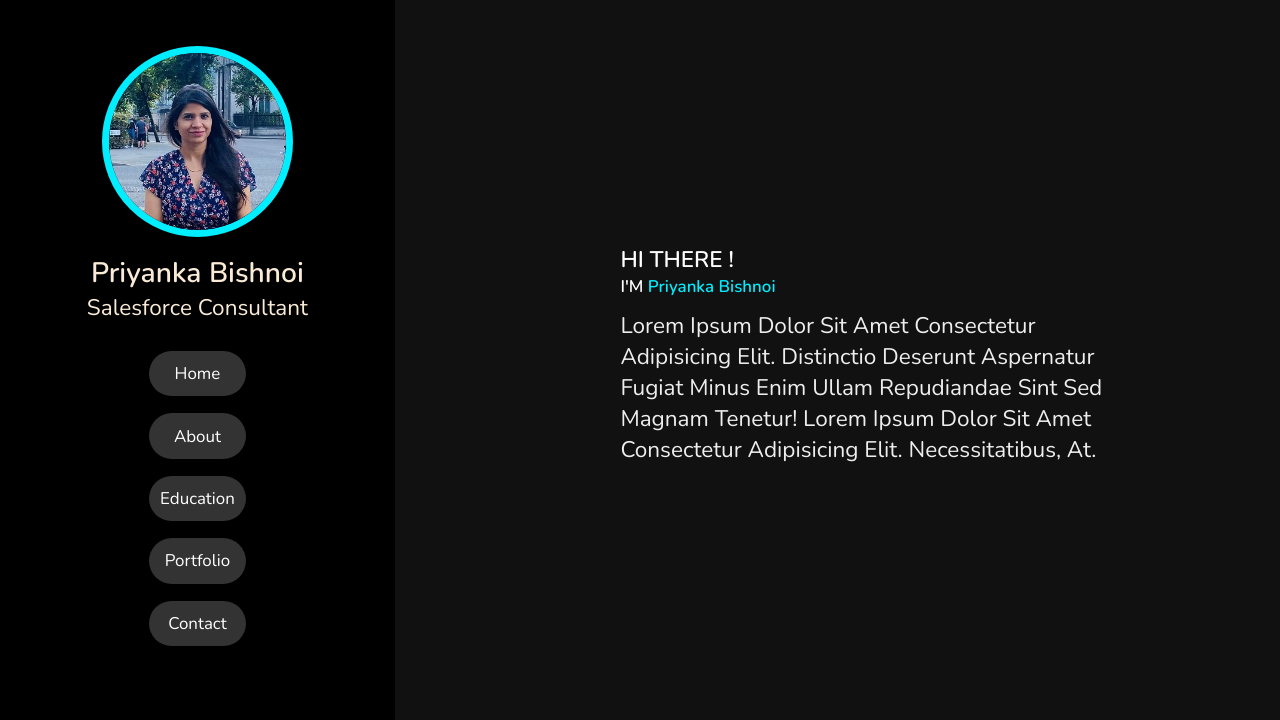
Repository: priyanka-bishnoi/PortfolioPage
Page: MyPage.html
These files come from the project's save history. The page is drawn as it stood at one moment and after the next save; the edit follows.
The browser window is 1280 px wide. The pictures show the whole page.

Above is the page before, as saved 2022-10-08 16:52:05.

After the next save:
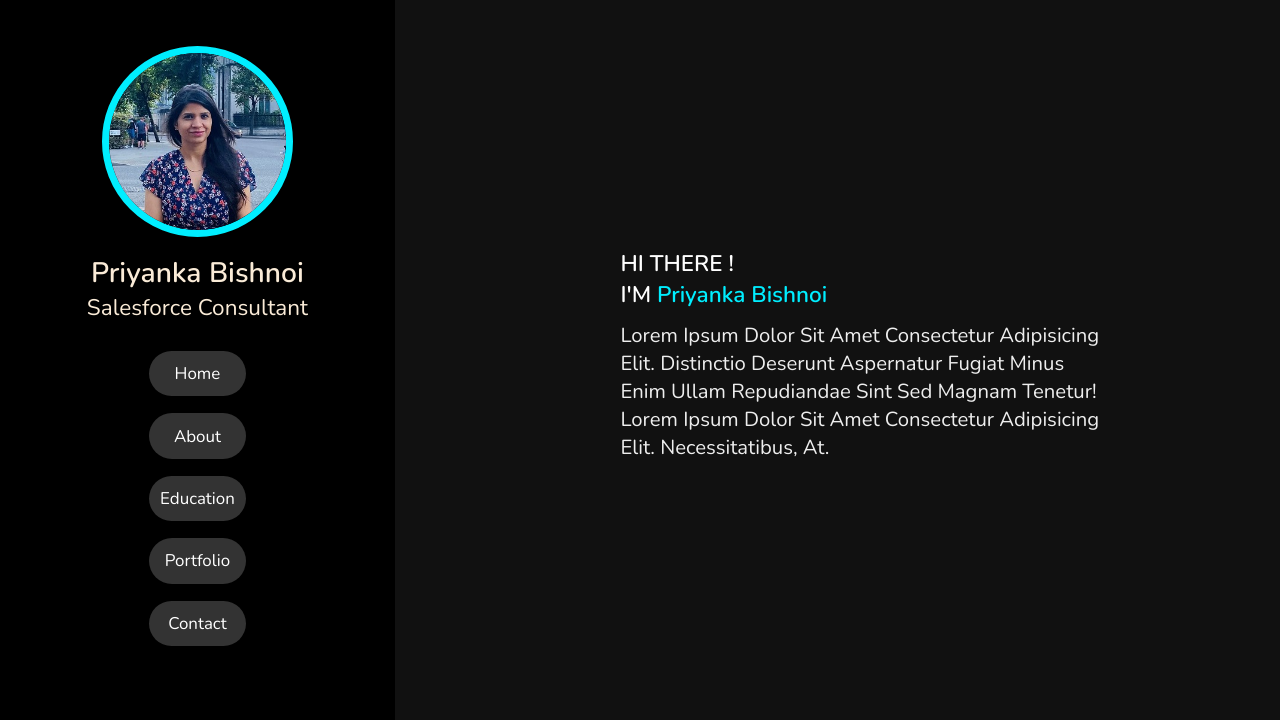
Saved 13 s later.
--- a/css/style.css
+++ b/css/style.css
@@ -91,7 +91,7 @@ header .navBar ul li a:hover{
 }
 
 .home h1{
-    font-size:1.5rem;
+    font-size:2rem;
     color:#fff;
 }
 
@@ -100,7 +100,7 @@ header .navBar ul li a:hover{
 }
 
 .home p{
-    font-size:2rem;
+    font-size:1.8rem;
     color:#eee;
     padding: 1rem 0;
 }
